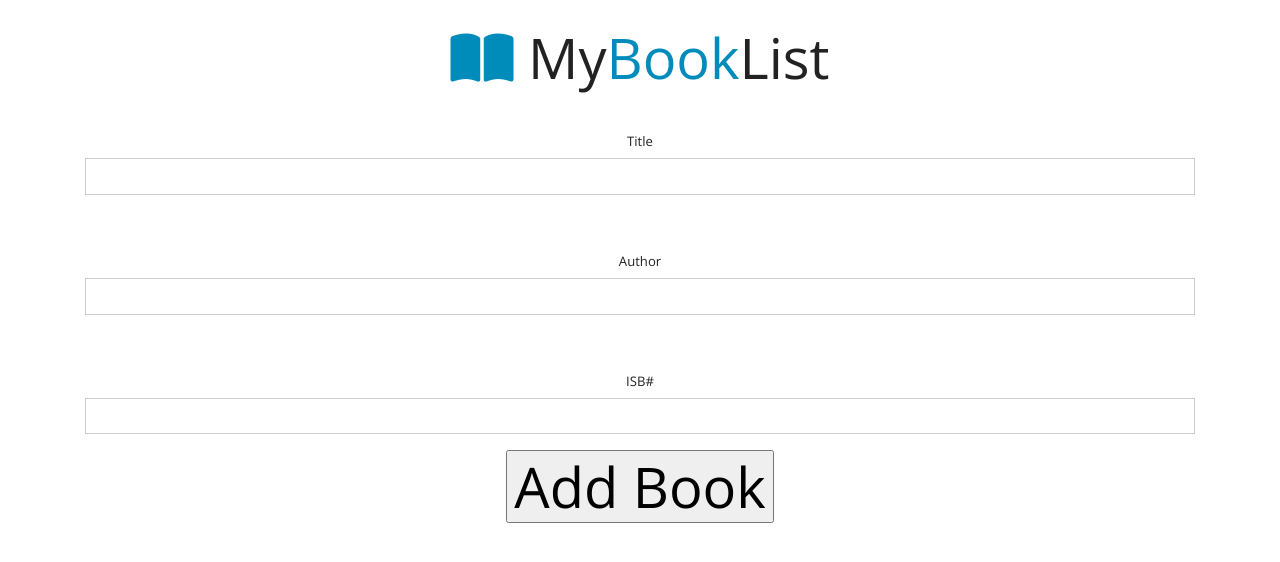
Repository: muhyilmaz/jsMyBookListPrj
Page: index.html
These files come from the project's save history. The page is drawn as it stood at one moment and after the next save; the edit follows.
The browser window is 1280 px wide. The pictures show the whole page.
Some web libraries are served in a nearby version.

Above is the page before, as saved 2020-06-21 16:17:48.

### index.html
<!DOCTYPE html>
<html lang="en">
<head>
    <meta charset="UTF-8">
    <meta name="viewport" content="width=device-width, initial-scale=1.0">
    <title>My Book List App</title>
    <link rel="stylesheet" href="bootstrap.min.css ">
    <script src="https://kit.fontawesome.com/c5e42f8755.js" crossorigin="anonymous"></script>

</head>
<body>
    <dir class="container mt-4">
        <h1 class="display-4 text-center">
            <i class="fas fa-book-open text-primary"></i>
            My<span class="text-primary">Book</span>List

            <form id="book-form">

                <div class="form-group">

                    <label for="title">Title</label>
                    <input type="text" name="" id="title" class="form-control">
                </div>
                <div class="form-group">

                    <label for="title">Author</label>
                    <input type="text" name="" id="author" class="form-control">
                </div>
                <div class="form-group">

                    <label for="title">ISB#</label>
                    <input type="text" name="" id="isbn" class="form-control">
                </div>

                <input type="submit" value="Add Book" id="">
            </form>
        </h1>

    </dir>
</body>
</html>

Loaded but not shown: bootstrap.min.css (library)

After the next save:
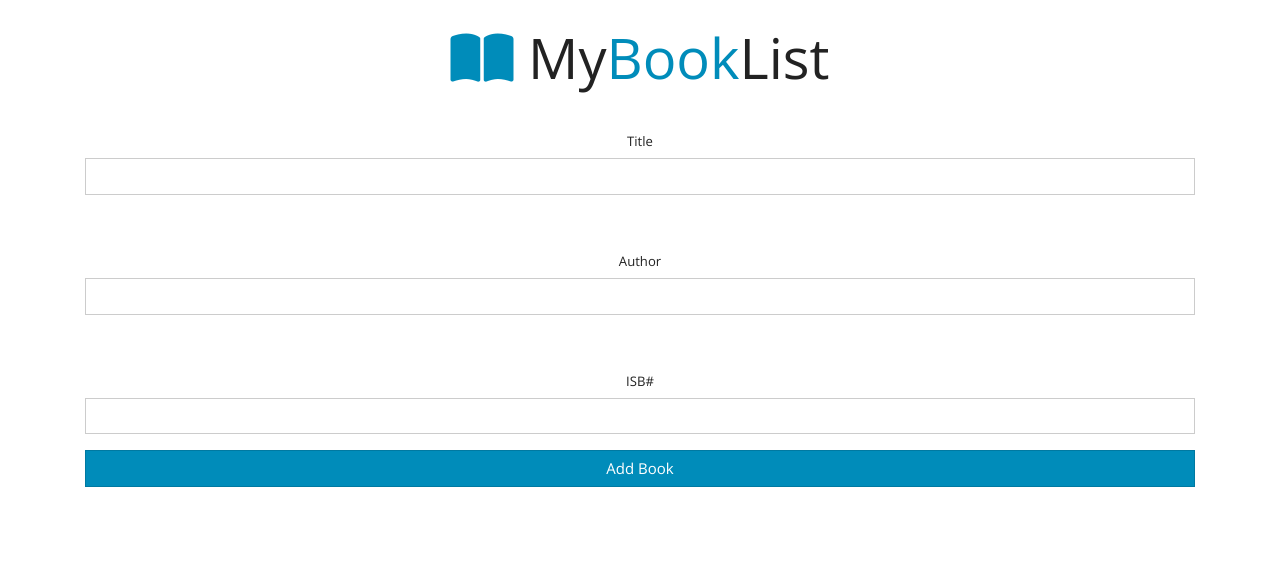
Saved 20 s later.
--- a/index.html
+++ b/index.html
@@ -32,7 +32,7 @@
                     <input type="text" name="" id="isbn" class="form-control">
                 </div>
 
-                <input type="submit" value="Add Book" id="">
+                <input type="submit" value="Add Book" class="btn btn-primary btn-block">
             </form>
         </h1>
 
